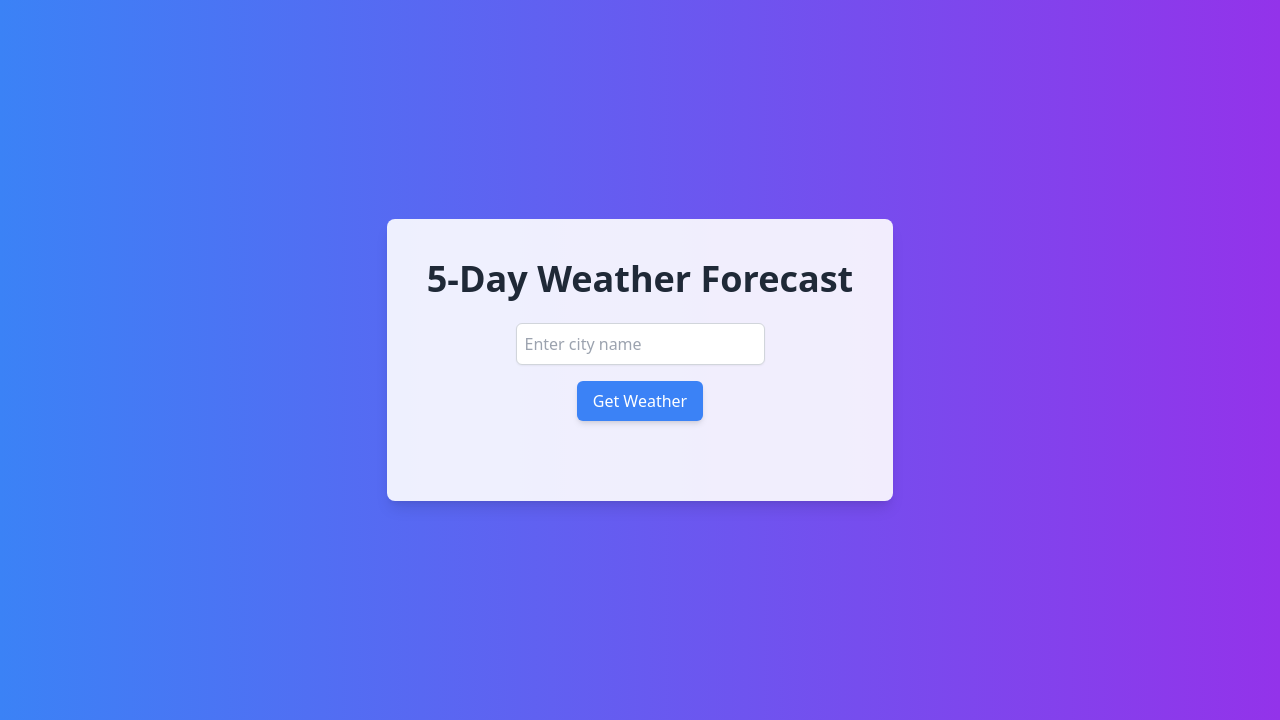
Repository: MKosainHaider/weather-app-react
Page: / (app in weather-app/)
The author's editor kept a copy of each file at every save. The page is drawn from the files as they stood at one save, then again after the next save.
The browser window is 1280 px wide. The pictures show the whole page.
The project was rebuilt for these pictures with package versions that can differ from the ones it lists, and the page was loaded fresh each time. Also part of the build but not shown: weather-app/vite.config.js, weather-app/src/components/WeatherCard.jsx, weather-app/src/components/WeatherList.jsx.

Above is the page before, as saved 2024-08-19 12:51:14.

After the next save:
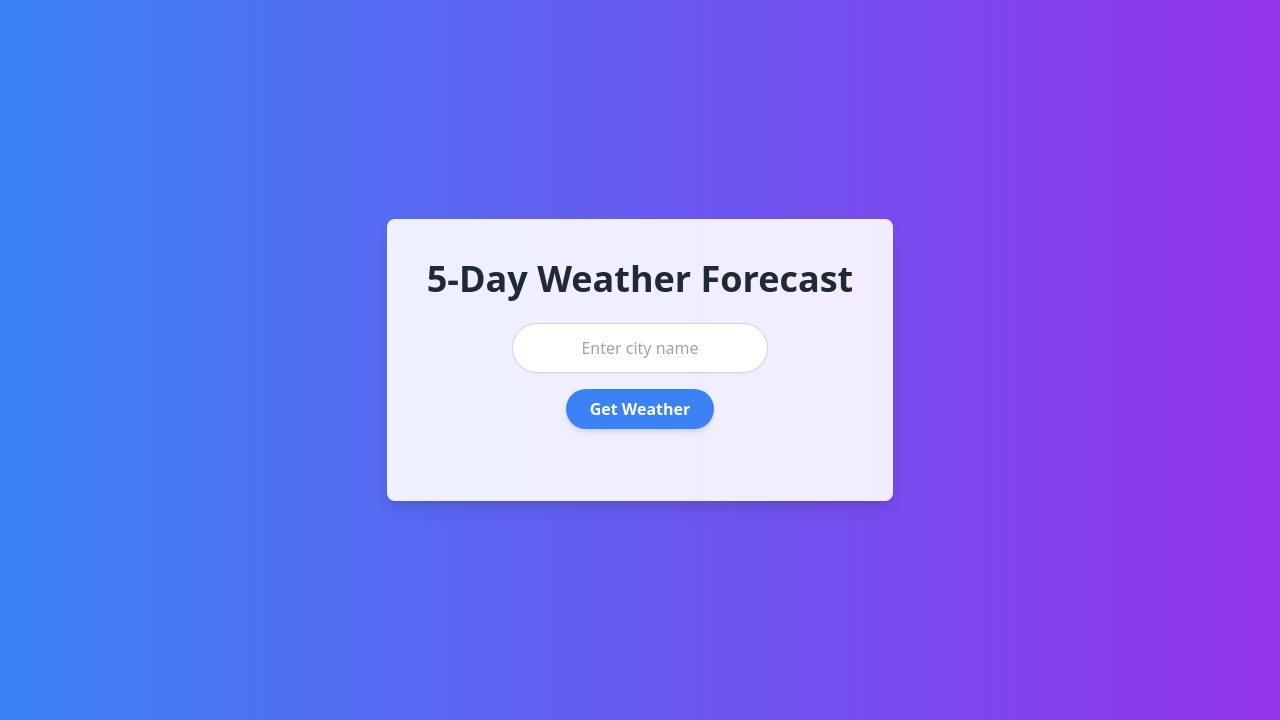
Saved 38 s later.
--- a/weather-app/src/components/CityInput.jsx
+++ b/weather-app/src/components/CityInput.jsx
@@ -15,18 +15,18 @@ function CityInput({ onCityChange }) {
   };
 
   return (
-    <div className="flex flex-col items-center mb-10">
+    <div className="mb-8">
       <form onSubmit={handleSubmit} className="flex flex-col items-center">
         <input
           type="text"
           value={city}
           onChange={handleInputChange}
           placeholder="Enter city name"
-          className="p-2 border border-gray-300 rounded-md shadow-sm mb-4"
+          className="p-3 border border-gray-300 rounded-full shadow-sm focus:outline-none focus:ring-2 focus:ring-blue-500 focus:border-transparent mb-4 w-64 text-center"
         />
         <button
           type="submit"
-          className="bg-blue-500 text-white px-4 py-2 rounded-md shadow-md"
+          className="bg-blue-500 hover:bg-blue-600 text-white font-semibold px-6 py-2 rounded-full shadow-md transition duration-300"
         >
           Get Weather
         </button>
